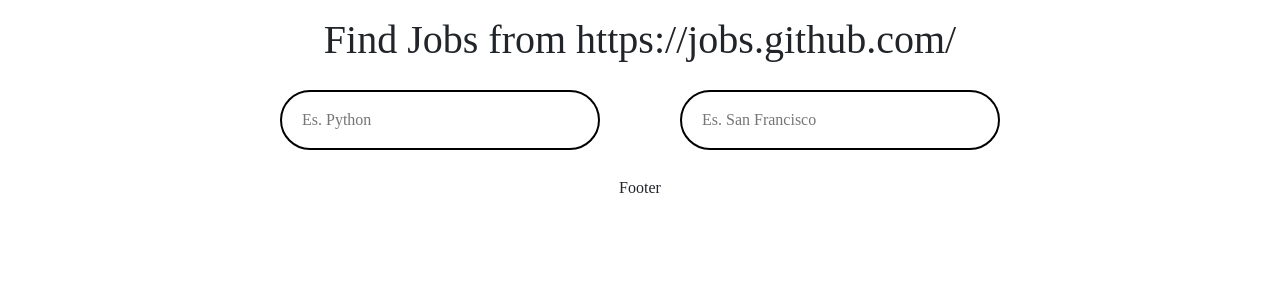
Repository: sokafootball/job-finder
Page: /
An editor plug-in stored every save of this project. The page is shown before and after the next save, followed by the edit.
The browser window is 1280 px wide. The pictures show the whole page.
The page's requests for data from a server got no answer. The project was rebuilt for these pictures with package versions that can differ from the ones it lists, and the page was loaded fresh each time. No one was signed in, and anything a server would have sent is missing. Also part of the build but not shown: src/components/Footer/Footer.css, src/components/JobCard/JobCard.css, src/components/JobCard/JobCard.js.

Above is the page before, as saved 2020-10-22 16:52:06.

### src/index.js
import 'bootstrap/dist/css/bootstrap.css';
import React from 'react';
import ReactDOM from 'react-dom';
import './index.css';
import App from './components/App/App';
import * as serviceWorker from './serviceWorker';

ReactDOM.render(
  <React.StrictMode>
    <App />
  </React.StrictMode>,
  document.getElementById('root')
);

// If you want your app to work offline and load faster, you can change
// unregister() to register() below. Note this comes with some pitfalls.
// Learn more about service workers: https://bit.ly/CRA-PWA
serviceWorker.unregister();

### src/index.css
body {
  margin: 0;
  font-family: -apple-system, BlinkMacSystemFont, 'Segoe UI', 'Roboto', 'Oxygen',
    'Ubuntu', 'Cantarell', 'Fira Sans', 'Droid Sans', 'Helvetica Neue',
    sans-serif;
  -webkit-font-smoothing: antialiased;
  -moz-osx-font-smoothing: grayscale;
}

code {
  font-family: source-code-pro, Menlo, Monaco, Consolas, 'Courier New',
    monospace;
}

/* http://meyerweb.com/eric/tools/css/reset/
   v2.0 | 20110126
   License: none (public domain)
*/

html, body, div, span, applet, object, iframe,
h1, h2, h3, h4, h5, h6, p, blockquote, pre,
a, abbr, acronym, address, big, cite, code,
del, dfn, em, img, ins, kbd, q, s, samp,
small, strike, strong, sub, sup, tt, var,
b, u, i, center,
dl, dt, dd, ol, ul, li,
fieldset, form, label, legend,
table, caption, tbody, tfoot, thead, tr, th, td,
article, aside, canvas, details, embed,
figure, figcaption, footer, header, hgroup,
menu, nav, output, ruby, section, summary,
time, mark, audio, video {
	margin: 0;
	padding: 0;
	border: 0;
	font-size: 100%;
	font: inherit;
	vertical-align: baseline;
}
/* HTML5 display-role reset for older browsers */
article, aside, details, figcaption, figure,
footer, header, hgroup, menu, nav, section {
	display: block;
}
body {
	line-height: 1;
}
ol, ul {
	list-style: none;
}
blockquote, q {
	quotes: none;
}
blockquote:before, blockquote:after,
q:before, q:after {
	content: '';
	content: none;
}
table {
	border-collapse: collapse;
	border-spacing: 0;
}

### src/components/App/App.js
import React from 'react';
import './App.css';
import Footer from "../Footer/Footer"
import Header from "../Header/Header"
import MainContent from "../MainContent/MainContent"

function App() {
  return (
    <div id="main-div"style={{display:"flex", flexDirection:"column", alignItems:"center"}}>
      <Header />
      <MainContent />
      <Footer />
    </div>
  );
}

export default App;

### src/components/App/App.css
.App {
  text-align: center;
}

.App-logo {
  height: 40vmin;
  pointer-events: none;
}

@media (prefers-reduced-motion: no-preference) {
  .App-logo {
    animation: App-logo-spin infinite 20s linear;
  }
}

.App-header {
  background-color: #282c34;
  min-height: 100vh;
  display: flex;
  flex-direction: column;
  align-items: center;
  justify-content: center;
  font-size: calc(10px + 2vmin);
  color: white;
}

.App-link {
  color: #61dafb;
}

@keyframes App-logo-spin {
  from {
    transform: rotate(0deg);
  }
  to {
    transform: rotate(360deg);
  }
}

#main-div{
  align-items: center;
  display: flex;
  flex-direction: column;
  margin-top: 20px;
}

### src/components/Footer/Footer.js
import React from 'react';
import './Footer.css';

function Footer(){
  return (
    <div>
      Footer
    </div>
  )
}

export default Footer

### src/components/Header/Header.js
import React from 'react';
import './Header.css';

function Header(){
  return (
      <p id="title">Find Jobs from https://jobs.github.com/</p>
  )
}

export default Header

### src/components/MainContent/MainContent.js
import React, {useState, useEffect, useCallback} from 'react';
import _ from 'lodash';
import './MainContent.css';
import SearchForm from "../SearchForm/SearchForm"
import JobCard from "../JobCard/JobCard"

function MainContent(){
  const[jobCards, setJobCards] = useState([])
  const[data, setData] = useState([])
  const[userInput, setUserInput] = useState({
    description: "",
    location: "",
    fullTime: true
  })

  const handleFormChange = e => {
    const {name, value, type, checked} = e.target
    type === "checkbox"
      ? setUserInput({...userInput, [name]: checked})
      : setUserInput({...userInput,[name]: value})
  }

  const buildUrl = () => {
    let url = "https://jobs.github.com/positions.json?"
    url += userInput.description ? `&description=${userInput.description}` : ""
    url += userInput.location ? `&location=${userInput.location}` : ""
    url += userInput.fullTime ? `&full_time=${userInput.fullTime}` : ""
    return url
    }

  const getData = url => {
    fetch(url)
    .then(response => response.json())
    .then(data => setData(data))
  }

  const debouncedGetData = useCallback(_.debounce(getData, 1500,{leading: true}),[])

  useEffect(() => {
    const url = buildUrl()
    debouncedGetData(url)
  // eslint-disable-next-line react-hooks/exhaustive-deps
  }, [userInput])

  useEffect(() => {
    let cards = []
    if(data.length !== 0) {
      cards = data.map(job => {
        return <JobCard
          key={job.id}
          date={job.created_at}
          logo={job.company_logo}
          company={job.company}
          location={job.location}
          type={job.type}
          title={job.title}
          url={job.url}
          description={job.description}
        />
     })
    }
    setJobCards(cards)
  // eslint-disable-next-line react-hooks/exhaustive-deps
  }, [data])

    return (
      <div id="main">
        <SearchForm
          handleFormChange={handleFormChange}
          userInput={userInput}
        />
        {jobCards}
      </div>
    )
}

export default MainContent

### src/components/Header/Header.css
#title{
  font-size: 40px;
}

### src/components/MainContent/MainContent.css
#main{
  align-items: center;
  display: flex;
  flex-direction: column;
  justify-content: space-between;
}

### src/components/SearchForm/SearchForm.js
import React from 'react';
import './SearchForm.css';

function SearchForm(props){
  return (
    <div id="form-container">
        <input
          className="input-text"
          name="description"
          type="text"
          onChange={e => props.handleFormChange(e)}
          placeholder="Es. Python"
          value={props.userInput.description}
        />
        <input
          className="input-text"
          name="location"
          type="text"
          onChange={e => props.handleFormChange(e)}
          placeholder="Es. San Francisco"
          value={props.userInput.location}
        />
    </div>
  )
}

export default SearchForm

### src/components/SearchForm/SearchForm.css
input{
  cursor: pointer;
}

.input-text {
  border: 2px solid black;
  border-radius: 30px;
  height: 60px;
  outline: none;
  padding: 0px 20px;
  width: 40%;
}

#form-container{
  display: flex;
  justify-content: space-around;
  margin: 30px;
  width: 800px;
}

Loaded but not shown: public/index.html (common file); src/serviceWorker.js (common file)

After the next save:
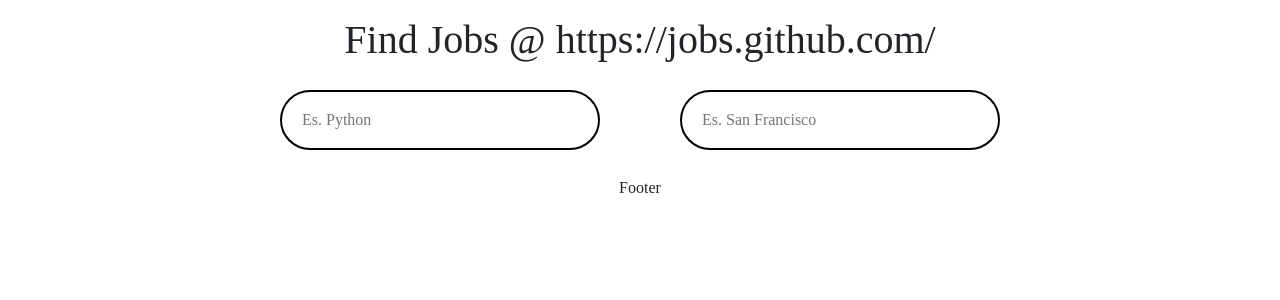
Saved 17 min 1 s later.
--- a/src/components/Header/Header.js
+++ b/src/components/Header/Header.js
@@ -3,7 +3,7 @@
 
 function Header(){
   return (
-      <p id="title">Find Jobs from https://jobs.github.com/</p>
+      <p id="title">Find Jobs @ https://jobs.github.com/</p>
   )
 }
 
